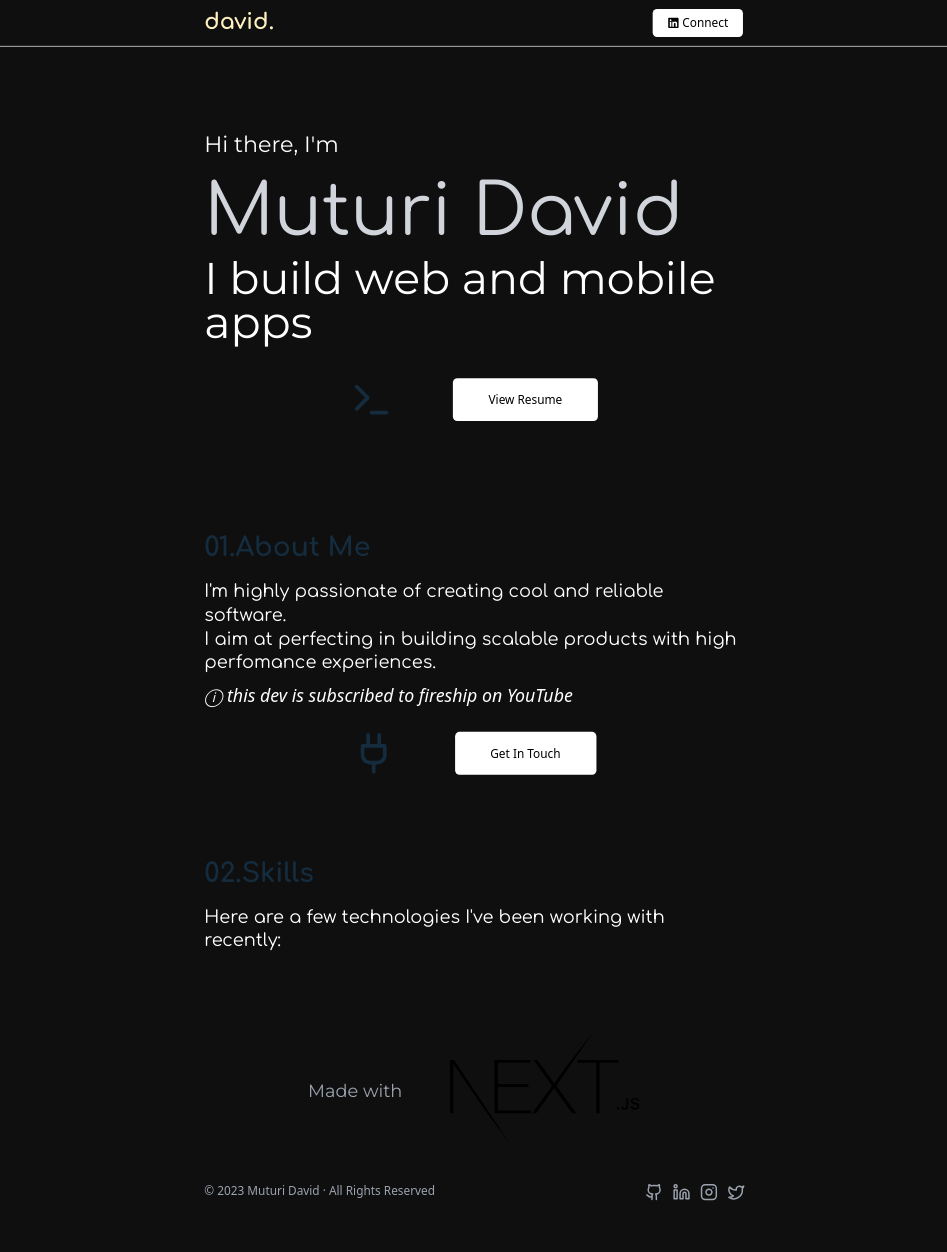
Repository: tushcmd/tushdev-portfolio
Page: /
The author's editor kept a copy of each file at every save. The page is drawn from the files as they stood at one save, then again after the next save.
The browser window is 1280 px wide. The pictures show the whole page, at 74% of full size.
The project was rebuilt for these pictures with package versions that can differ from the ones it lists, and the page was loaded fresh each time. The framework's server and built-in components were replaced by stand-ins that run in the browser. Also part of the build but not shown: next.config.js.

Above is the page before, as saved 2023-12-16 01:38:21.

After the next save:
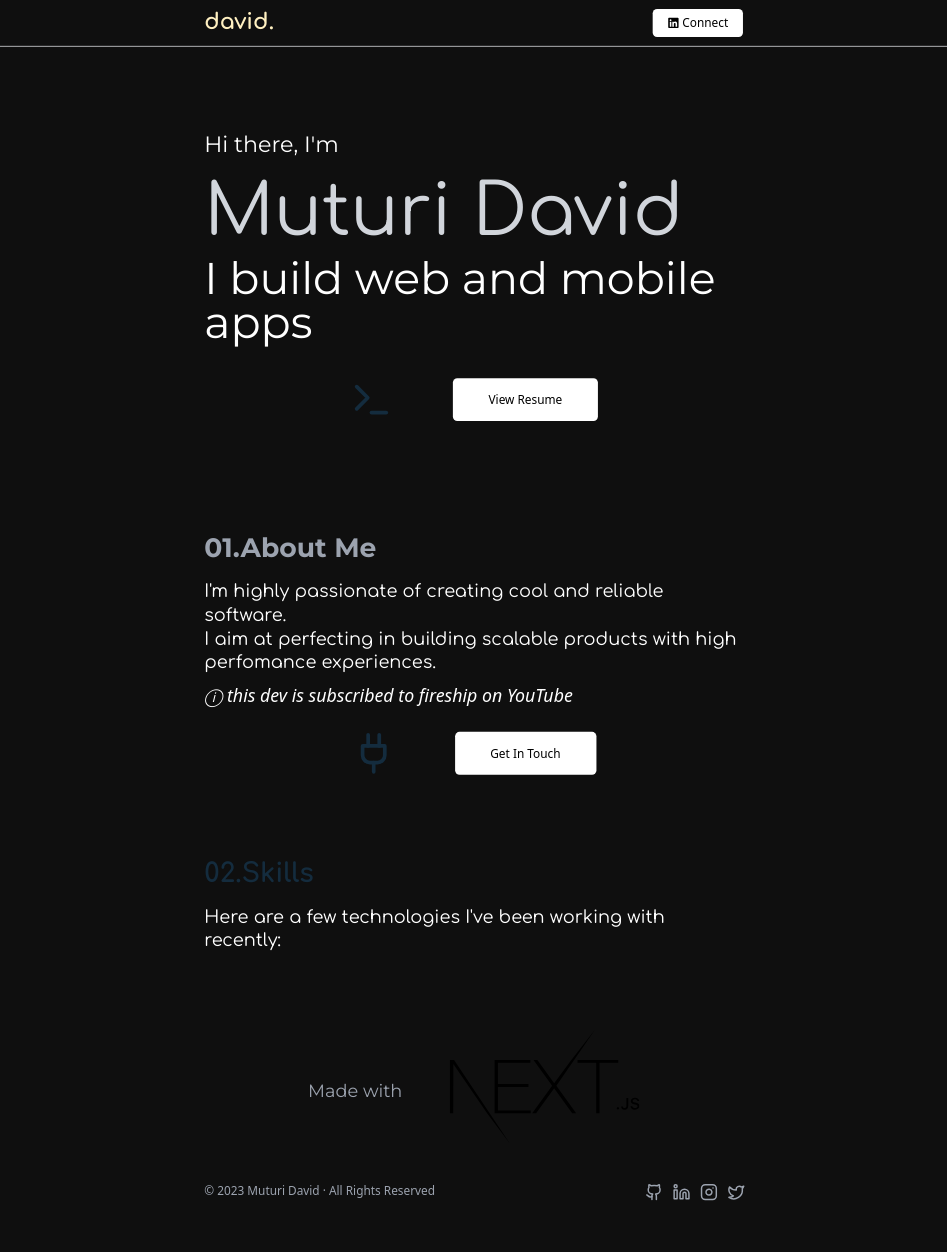
Saved 2 min 11 s later.
--- a/app/ui/about.tsx
+++ b/app/ui/about.tsx
@@ -1,4 +1,5 @@
 import { comfortaa } from '@/app/ui/fonts';
+import { montserrat } from '@/app/ui/fonts'
 import about from '@/constants/about';
 
 export default async function About() {
@@ -6,7 +7,7 @@ export default async function About() {
     <section className='relative flex flex-col justify-center items-center '>
       <div className='flex items-start flex-col md:max-w-3xl pb-10 w-full md:px-5 px-5 justify-between'>
         <h6
-          className={`${comfortaa.className} text-[#142c3e] font-bold text-3xl md:text-4xl pb-6`}
+          className={`${montserrat.className} text-gray-400 font-bold text-3xl md:text-4xl pb-6`}
         >
           01.About Me
         </h6>
